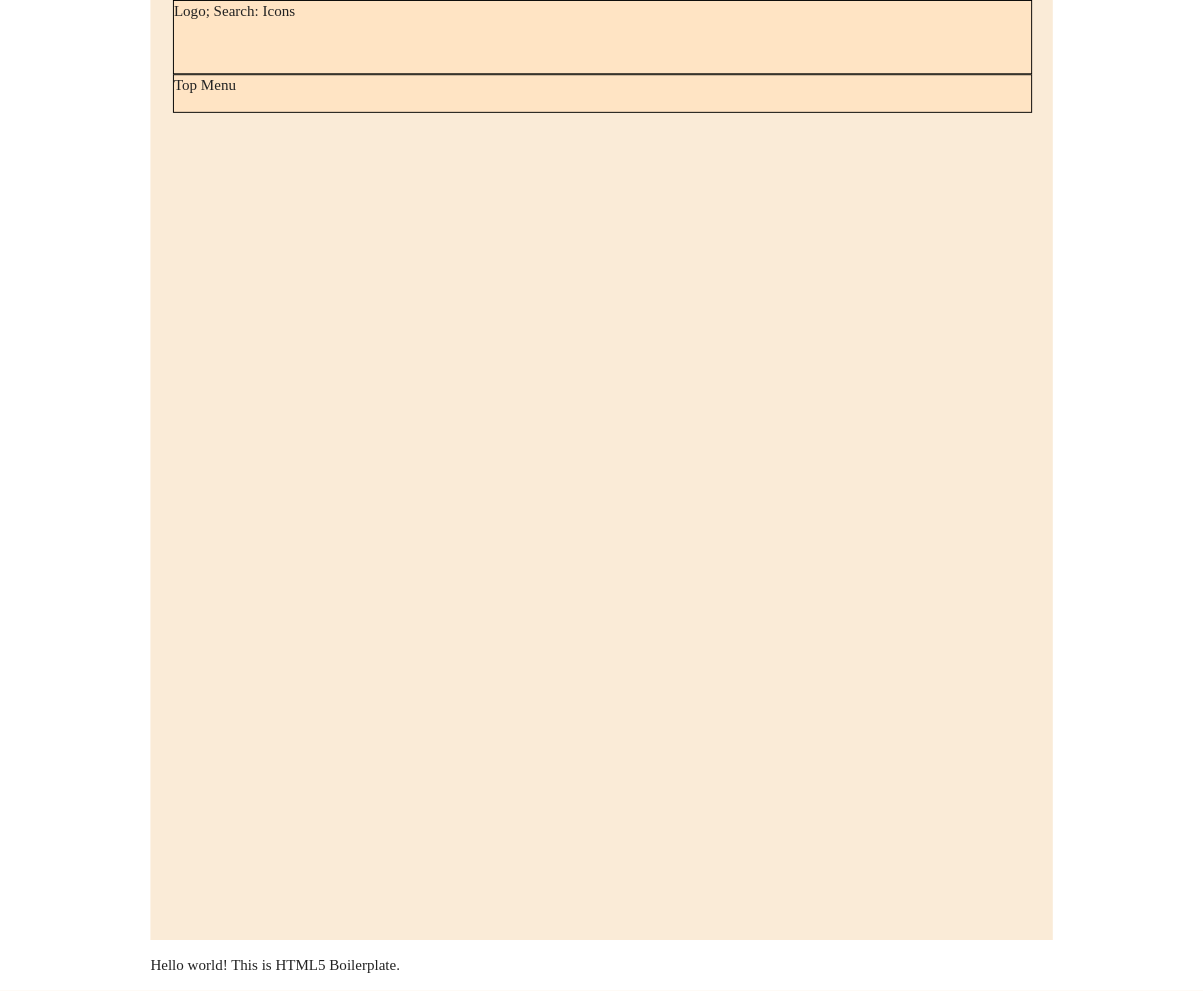
Repository: giovanabirck/cover-magazine-giovanabirck
Page: index.html
These files come from the project's save history. The page is drawn as it stood at one moment and after a run of saves; the edit follows.
The browser window is 1280 px wide. The pictures show the whole page, at 94% of full size.

Above is the page before, as saved 2023-01-13 16:58:24.

After the next 3 saves:
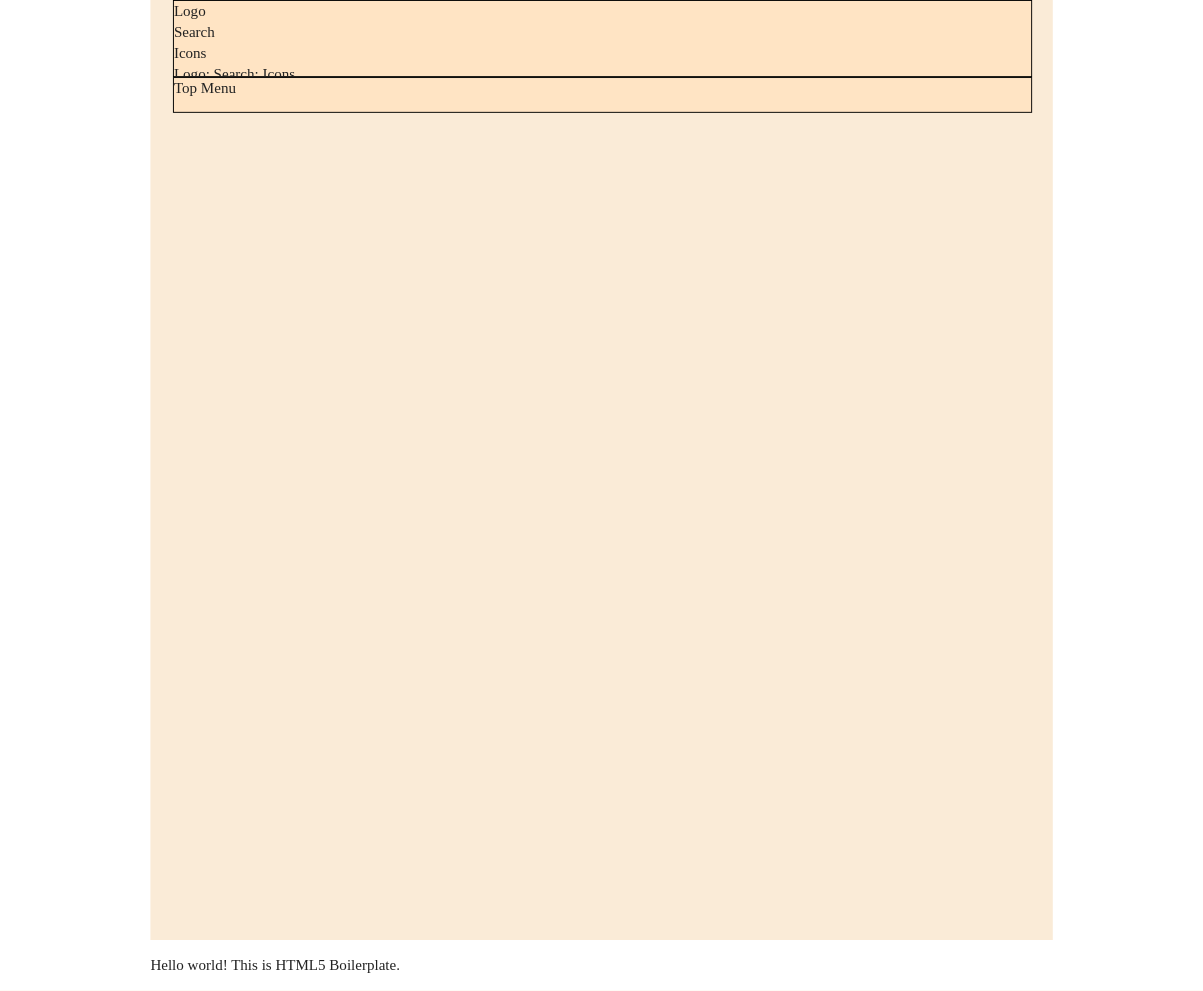
The 3 saves are shown as one change because they came seconds apart.
The last was saved 11 s later.
--- a/index.html
+++ b/index.html
@@ -27,9 +27,9 @@
   <div class="main-container">
     <div class="header">
       <div class="header-content">
-        <div></div>
-        <div></div>
-        <div></div>Logo; Search: Icons</div>
+        <div>Logo</div>
+        <div>Search</div>
+        <div>Icons</div>Logo; Search: Icons</div>
       <div class="header-menu">Top Menu</div>
     </div>
   </div>
